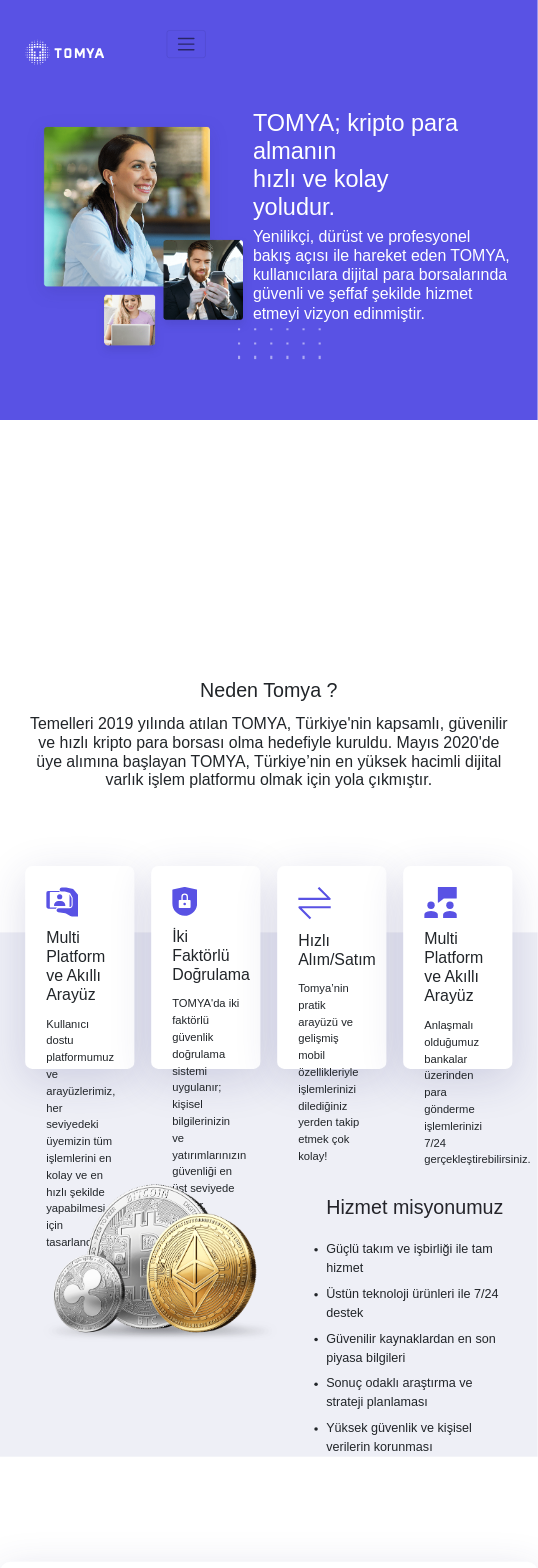
Repository: ezgibayrakli/TomyaProje
Page: index copy.html
These files come from the project's save history. The page is drawn as it stood at one moment and after the next save; the edit follows.
The browser window is 768 px wide. The pictures show the part of the page from y = 0 to 2240 px (the page is 5366 px tall), at 70% of full size.
Some web fonts or font styles are not loaded; a fallback is used.

Above is the page before, as saved 2023-07-06 14:35:30.
Console error: SyntaxError: Unexpected token '{'

### index copy.html
<!DOCTYPE html>
<html lang="en">
<head>
    <meta charset="UTF-8">
    <meta name="viewport" content="width=device-width, initial-scale=1.0">
    <!-- BOOTSTRAP -->
    <link href="https://cdn.jsdelivr.net/npm/bootstrap@5.1.3/dist/css/bootstrap.min.css" rel="stylesheet" integrity="sha384-1BmE4kWBq78iYhFldvKuhfTAU6auU8tT94WrHftjDbrCEXSU1oBoqyl2QvZ6jIW3" crossorigin="anonymous">
    <link rel="stylesheet" href="style.css">
    <title>Hakkımızda-Tomya</title>
</head>
<body>
    <!-- HEADER START -->
    <section id="header">
        <div class="header">
            <div class="container">
                <nav class="navbar navbar-expand-lg navbar-light">
                    <div class="header-logo mt-5">
                        <img src="photo/tomya-logo.svg" alt="">
                    </div>
                    <button class="navbar-toggler" type="button" data-toggle="collapse" data-target="#navbarNavDropdown" aria-controls="navbarNavDropdown" aria-expanded="false" aria-label="Toggle navigation">
                      <span class="navbar-toggler-icon"></span>
                    </button>
                    <span class="newMenu"></span>
                    <div class="collapse navbar-collapse" id="navbarNavDropdown">
                        <ul class="main-menu-header navbar-nav mt-5">
                            <li><a href="#">Kripto Paralar</a></li>
                            <li><a href="#">Market</a></li>
                            <li><a href="#">Komisyonlar</a></li>
                            <li><a href="#">Hakkımızda</a></li>
                            <li><a href="#">Basında Biz</a></li>
                            <li><a href="#">Duyurular</a></li>
                            <li><a href="#">İletişim</a></li>
                            <li><a href="#">Blog</a></li>
                            <li class="enter"><a href="#">Giriş Yap</a></li>
                            <li><a href="#">Üye Ol</a></li>
                        </ul>
                    </div>
                  </nav>
                <div class="header-text">
                    <div class="header-about-img">
                        <span class="icons-header"></span>
                        <img src="photo/aboutus-banner.png" alt="">
                    </div>
                    <div class="header-about-text">
                        <h1>TOMYA; kripto para almanın <br> hızlı ve kolay <br> yoludur.</h1>
                        <h4>Yenilikçi, dürüst ve profesyonel bakış açısı ile hareket eden TOMYA, kullanıcılara dijital para borsalarında güvenli ve şeffaf şekilde hizmet etmeyi vizyon edinmiştir.</h4>
                    </div>

                </div>
                </div>
            </div>
        </div>
    </section>
    <!-- HEADER END -->

    <!-- MAIN MENU START -->
    <section id="mainmenu">
        <div class="main-menu">
            <div class="container">
              <h2 class="text-md-center mt-5">Neden Tomya ?</h2>
              <h4 class="text-md-center mt-3">Temelleri 2019 yılında atılan TOMYA, Türkiye'nin kapsamlı, güvenilir ve hızlı kripto para borsası olma hedefiyle kuruldu. Mayıs 2020'de üye alımına başlayan TOMYA, Türkiye’nin en yüksek hacimli dijital varlık işlem platformu olmak için yola çıkmıştır.</h4>
            <div class="row">
                <div class="col-sm-12 col-md-3">
                    <div class="box">
                        <img src="photo/ic-selfie.svg" alt="">
                        <div class="box-text">
                            <h4 class="mt-3">Multi Platform ve Akıllı Arayüz</h4>
                            <p class="mt-3">Kullanıcı dostu platformumuz ve arayüzlerimiz, her seviyedeki üyemizin tüm işlemlerini en kolay ve en hızlı şekilde yapabilmesi için tasarlandı.</p>
                        </div>
                    </div>
                </div>
                <div class="col-sm-12 col-md-3">
                    <div class="box">
                        <img src="photo/ic-privacy.svg" alt="">
                        <div class="box-text">
                            <h4 class="mt-3">İki Faktörlü Doğrulama</h4>
                            <p class="mt-3">TOMYA'da iki faktörlü güvenlik doğrulama sistemi uygulanır; kişisel bilgilerinizin ve yatırımlarınızın güvenliği en üst seviyede tutulur.</p>
                        </div>
                    </div>
                </div>
                <div class="col-sm-12 col-md-3">
                    <div class="box">
                        <img src="photo/ic-sellbuy.svg" alt="">
                        <div class="box-text">
                            <h4 class="mt-3">Hızlı Alım/Satım</h4>
                            <p class="mt-3">Tomya’nin pratik arayüzü ve gelişmiş mobil özellikleriyle işlemlerinizi dilediğiniz yerden takip etmek çok kolay!</p>
                        </div>
                    </div>
                </div>
                <div class="col-sm-12 col-md-3">
                    <div class="box">
                        <img src="photo/ic-support.svg" alt="">
                        <div class="box-text">
                            <h4 class="mt-3">Multi Platform ve Akıllı Arayüz</h4>
                            <p class="mt-3">Anlaşmalı olduğumuz bankalar üzerinden para gönderme işlemlerinizi 7/24 gerçekleştirebilirsiniz.</p>
                        </div>
                    </div>
                </div>
            </div>
            </div>
        </div>
        <div class="main-menu-two">
            <div class="container">
                <div class="row">
                    <div class="col-sm-12 col-md-6 coins">
                        <img src="photo/aboutus-coins.png" alt="">
                    </div>
                    <div class="col-sm-12 col-md-6 coins-text">
                        <h2 class="mt-3">Hizmet misyonumuz</h2>
                        <ul class="coins-text-ul">
                            <li>Güçlü takım ve işbirliği ile tam hizmet</li>
                            <li>Üstün teknoloji ürünleri ile 7/24 destek</li>
                            <li>Güvenilir kaynaklardan en son piyasa bilgileri</li>
                            <li>Sonuç odaklı araştırma ve strateji planlaması</li>
                            <li>Yüksek güvenlik ve kişisel verilerin korunması</li>
                        </ul>
                    </div>

                </div>
            </div>
        </div>
        <div class="main-menu-three">
            <div class="container">
                <h2 >İş Ortaklarımız</h2>
                <div class="row">
                        <div class="col-sm-12 col-md-6 bctr-img">
                            <img src="photo/BCTR-logo.png" alt="">
                        </div>
                        <div class="col-sm-12 col-md-6 mt-auto mb-auto ">
                            <p>Tomya Teknoloji A.Ş. olarak kripto ekosisteminde faaliyetlerimize hız kesmeden devam ediyoruz. Türkiye’de sürdürülebilir blockchain ekosistemi oluşturan, bu teknoloji ile yeni dönem iş yapış biçimlerinin önündeki zorlukların giderilmesine yönelik çalışmaları bulunan Blockchain Türkiye Platformu'na platin üye olduk.</p>
                        </div>
                </div>
            </div>
        </div>
        <div class="main-menu-four">
    <div class="container">
        <div class="row">
            <div class="col-sm-6">
                <h2>TOMYA'yı Sosyal Medyada Takip Edin</h2>
                <h3 class="mt-3">Dijital para borsalarındaki diğer yatırımcılarla bağlantı kurmak, promosyonlar hakkında bilgi almak ve yatırım stratejilerini tartışmak için TOMYA'yı sosyal medya üzerinden takip edebilirsiniz.</h3>
                <a href="#" ><img src="photo/followTwitter.svg" alt="" class="mt-5"></a>
            </div>
                <div class="col-sm-6 twitter-img">
                    <img  alt="img_twitter_social" src="photo/img_twitter_social.png">
                </div>
            </div>
    </div>
        </div>
        <div class="main-menu-five">
            <div class="container">
                <div class="box">
                    <div class="row">
                        <div class="col-md-4">
                            <h2>Basın Kiti</h2>
                        </div>
                        <div class="col-md-8">
                            <h3>Markamıza ait logomuzun medya kanallarında ya da farklı mecralarda en doğru şekilde kullanımı için basın materyallerini indirebilirsiniz.</h3>
                        </div>
                    </div>
                    <div class="row" style="height: 200px;margin-top: 45px;">
                        <div class="col-md-2 bg-white" style="margin-right:20px;border-radius: 10px;">
                            <h6 style="margin-top: 150px;text-align: center;">Logo Kullanımı</h6>
                        </div>
                        <div class="col bg-white" style="border-radius: 10px;">
                            <div class="row">
                                <div class="col-md-3">
                                    <h6 style="margin-top: 140px;text-align: center;">Renkli ve <br>
                                        Siyah/Beyaz kullanım</h6>
                                </div>
                                <div class="col-md-3">
                                    <h6 style="margin-top: 140px;text-align: center;">Logo baskı, web ve <br>
                                        HEX renk kodları</h6></div>
                                <div class="col-md-6">
                                <a href="#">
                                    <h6 class="btn-outline" style="margin-top: 140px;text-align: center;">
                                        Basın Kitini İndir
                                    </h6>
                                </a>
                                </div>
                        </div>

                    </div>
                </div>
            </div>
        </div>
    </section>
    <!-- MAIN MENU END -->

    <!-- FOOTER START -->
    <div class="footer">
        <div class="footer-one mt-5">
            <div class="container">
                <div class="wrap d-flex align-items-start flex-lg-row flex-column">
                    <h3>Avantajlı Kripto İşlemleri</h3>
                    <h5 class="w-100 ml-lg-3 mt-lg-0 ">TOMYA, müşterilerine güvenilir ve șeffaf hizmet anlayışının yanında düșük komisyon prensipleri de sunar. TOMYA ile dijital para borsalarındaki alım satım deneyiminizi en üst noktaya çıkarabilirsiniz.</h5>
                    <a href="#" class="btn mr-auto ml-auto  mr-lg-0 mt-lg-0 ">Hesap Oluştur</a>
                </div>
            </div>
        </div>
    <footer class="footer-two footer">
    <div class="container">
        <div class="row">
            <div class="col-md-2 items">
                <h6>Kurumsal</h6>
                <ul>
                    <li><a href="#">Kullanıcı Sözleşmesi</a></li>
                    <li><a href="#">Gizlilik ve Çerez Politikası</a></li>
                    <li><a href="#">Kişisel Verilerin Korunması</a></li>
                    <li><a href="#">Açık Rıza Ve Dijital İletişim İzni Beyanı</a></li>
                    <li><a href="#">Hakkımızda</a></li>
                    <li><a href="#">İletişim</a></li>
                </ul>
            </div>
            <div class="col-md-2 items">
                <h6>Kullanıcılar için</h6>
                <ul>
                    <li><a href="#">Blog</a></li>
                    <li><a href="#">Basında Biz</a></li>
                    <li><a href="#">Sıkça Sorulan Sorular</a></li>
                    <li><a href="#">Kripto Hesaplayıcı</a></li>
                    <li><a href="#">Kripto Sözlük</a></li>
                    <li><a href="#">Duyurular</a></li>
                    <li><a href="#">Limitler</a></li>
                    <li><a href="#">Para Yatırma ve Çekme Platformları</a></li>
                    <li><a href="#">Kara Para Aklamayı Önleme Politikası</a></li>
                    <li><a href="#">Müşterini Tanı (KYC) Politikası</a></li>

                </ul>
            </div>
            <div class="col-md-2 items">
                <h6>Kripto paralar</h6>
            <ul >
                    <li><a href="#">Bitcoin</a></li>
                    <li><a href="#">Ethereum</a></li>
                    <li><a  href="#">Ripple</a></li>
                    <li> <a  href="#">Litecoin</a></li>
                    <li><a  href="#">Tether</a></li>
                    <li> <a  href="#">Chainlink</a></li>
                    <li> <a  href="#">Polkadot</a></li>
                    <li> <a  href="#">Avalanche</a></li>
                    <li><a  href="#">Binance Coin</a></li>
                    <li>  <a  href="#">Pancakeswap</a></li>
                    <li> <a  href="#">Solana</a></li>
                    <li><a  href="#">NEAR Protocol</a></li>
                    <li> <a  href="#">ApeCoin</a></li>
                    <li><a  href="#">Uniswap</a></li>
                    <li><a  href="#">Fantom</a></li>
                    <li><a  href="#">Curve DAO</a></li>
                    <li> <a  href="#">Ethereum Classic</a></li>
            </ul>
            </div>
            <div class="col-md-2 items mt-4">
            <ul>
                <li><a href="#">Dogecoin</a></li>
                <li> <a href="#">Cardano</a></li>
                <li><a href="#">NEO</a></li>
                <li>  <a href="#">Chiliz</a></li>
                <li><a href="#">Holochain</a></li>
                <li> <a href="#">BitTorrent Chain</a></li>
                <li><a href="#">Decentraland</a></li>
                <li><a href="#">The Sandbox</a></li>
                <li> <a href="#">Shiba Inu</a></li>
                <li><a href="#">Polygon</a></li>
                <li> <a href="#">PAX Gold</a></li>
                <li> <a href="#">Cosmos</a></li>
                <li><a href="#">Enjin Coin</a></li>
                <li> <a href="#">VeChain</a></li>
                <li><a href="#">THORChain </a></li>
                <li> <a href="#">Oasis Network</a></li>

            </ul>
            </div>
            <div class="col-md-2 items">
                <h6>Rehber</h6>
                <ul>
                <li>  <a href="#">Bitcoin al</a></li>
                <li><a href="#">Ethereum al</a></li>
                <li> <a href="#">Ripple al</a></li>
                <li><a href="#">Litecoin al</a></li>
                <li> <a href="#">Tether al</a></li>
                <li> <a href="#">Chainlink al</a></li>
                <li><a href="#">Polkadot al</a></li>
                <li><a href="#">Avalanche al</a></li>
                <li> <a href="#">Binance Coin al</a></li>
                <li> <a href="#">Pancakeswap al</a></li>
                <li><a href="#">Solana al</a></li>
                <li><a href="#">NEAR Protocol al</a></li>
                <li><a href="#">ApeCoin al</a></li>
                <li> <a href="#">Uniswap al</a></li>
                <li>  <a href="#">Fantom al</a></li>
                <li><a href="#">Curve DAO al</a></li>
                <li><a href="#">Ethereum Classic al</a></li>

            </ul>
            </div>
            <div class="col-md-2 items mt-4">
            <ul>
                <li>   <a href="#">Dogecoin al</a></li>
                <li> <a href="#">Cardano al</a></li>
                <li><a href="#">NEO al</a></li>
                <li><a href="#">Chiliz al</a></li>
                <li><a href="#">Holochain al</a></li>
                <li> <a href="#">BitTorrent Chain al</a></li>
                <li> <a href="#">Decentraland al</a></li>
                <li><a href="#">The Sandbox al</a></li>
                <li><a href="#">Shiba Inu al</a></li>
                <li><a href="#">Polygon al</a></li>
                <li><a href="#">PAX Gold al</a></li>
                <li> <a href="#">Cosmos al</a></li>
                <li> <a href="#">Enjin Coin al</a></li>
                <li><a href="#">VeChain al</a></li>
                <li><a href="#">THORChain al</a></li>
                <li><a href="#">Oasis Network al</a></li>

            </ul>
            </div>
        </div>
        <hr class="mt-5" style="color: gray;">
      <div class=" pt-5 d-flex justify-content-lg-between flex-lg-row flex-column align-items-lg-center">
            <div>
            <h6 >TOMYA TEKNOLOJİ A.Ş. <br>Maslak Mah. Saat Sok. Spine Tower No: 5/10, <br>Sarıyer / İstanbul </h6>
            <br><h6 >Tel: 0(212) 807 10 71(72-73)</h6>
        </div>
        <div>
        <div class="social d-flex justify-content-lg-end mt-lg-0 mt-5">
            <a class="mr-4" href="https://www.facebook.com/tomya.com" target="_blank"><img  alt="facebook-ikon" src="photo/ic-fb.svg"></a>
            <a class="mr-4" href="https://twitter.com/tomyacom" target="_blank"><img  alt="twitter-ikon" src="photo/ic-tw.svg"></a>
            <a class="mr-4" href="https://www.instagram.com/tomyacom/" target="_blank"><img alt="instagram-ikon" src="photo/ic-ins.svg"></a>
            <a class="mr-4" href="https://t.me/tomyacom" target="_blank"><img alt="telegram-ikon" src="photo/ic-telegram.svg"></a>
            <a class="mr-4" href="https://www.youtube.com/channel/UCSOpFT_5xJLvf6yfXIyxDlQ" target="_blank"><img alt="yt-ikon" src="photo/ic-yt-logo.svg"></a>
        </div>
        </div>
       </div>
       <div class="row">
        <h6 class="mt-5 mb-5 tomya-end">Tüm Hakları Saklıdır. © 2021 - TOMYA <br> TOMYA TEKNOLOJİ A.Ş. <br> Mersis No: 0850062440300001</h6>
       </div>
    </div>
       </footer>

    </div>
    <!-- FOOTER END -->
    <script>
        let tikla = document.querySelector("#navbarNavDropdown")
        tikla.addEventListener("click",function{

        })
    </script>
    <script src="tomya.js"></script>
    <script src="https://cdn.jsdelivr.net/npm/bootstrap@5.1.3/dist/js/bootstrap.bundle.min.js" integrity="sha384-ka7Sk0Gln4gmtz2MlQnikT1wXgYsOg+OMhuP+IlRH9sENBO0LRn5q+8nbTov4+1p" crossorigin="anonymous"></script>
    <!-- SAYFAMIZIN NETWORK KISMINDAN UYGULANIP UYGULANMADIGINI GORURUZ -->
</body>
</html>

### style.css
/* FONTS */
  @import url('https://fonts.googleapis.com/css2?family=Barlow+Condensed&family=Edu+NSW+ACT+Foundation&family=Fira+Sans&family=Quicksand:wght@300&family=Rajdhani:wght@300&family=Tinos:ital@1&display=swap');
  @import url('assets/fonts/GraphikRegular.ttf');
  @import url('assets/fonts/GraphikMedium.ttf');

/* TUM SITELER ICIN KULLANILAN SIFIRLAMA KODLAR */
*,
*::before,
*::after,
body{
    padding: 0;
    margin: 0;
    box-sizing: border-box;
    border: 0;
    font-family:Sans-Serif;

}

a,
a:link,
a:visited{
    text-decoration: none;
    outline: none;
    border: none;
}

ul,
li {
    list-style: none;
    margin: 0;
    padding: 0;
}

section,
span,
p {
    margin: 0;
    padding:0;
    outline: none;
    border: none;
}

/* HEADER */
.header{
    background-color: #5952e4;
    max-width: 100%;
    height: 75vh;
}
.header-navbar{
    display: flex;
    /* align-items: center; */
    justify-content: space-between;
    padding-top: 50px;
}
    .menu-items ul{
        align-items: center;
        justify-content: flex-end;
    }
    .main-menu-header{
        display: flex;
        margin-left:auto;
    }
    .main-menu-header li > a {
        color: white;
        font-size: 14px;
        padding-left: 25px;
    }
    .enter{
        border: 1px solid;
        color:#fff;
        border-radius: 25px;
        padding-right: 20px;
        margin-left: 25px;
    }

/* HEADER TEXT */
.header-text{
    color: #fff;
    display: flex;
    align-items: center;
    justify-content:center;

}
.header-about-img img{
    width: 100%;
    height: 100%;
    margin:35px 0 35px 0;
}
.header-about-text{
    margin-bottom: 50px;
    position: relative;
}
.header-about-text::after{
    content: "";
    background: url(dots.svg);
    position: absolute;
    width: 120px;
    height: 44px;
    opacity: 0.5;
    left: -21px;

}
.icons-header{
    width: 1133px;
    height: 765px;
}


/* Main-Menu */
.main-menu{
    margin-top: 370px;
}
.box{
    background: #fff;
    margin-top: 100px;
    height: 290px;
    border-radius: 10px;
    padding: 30px;
    box-shadow:  0 15px 60px 0 rgba(50,46,127,.17);
}
.main-menu-two{
    background: #eeeff6;
    margin-top: -195px;
    padding-top: 360px;
}

/* Main-Menu-Two */
.coins img {
    margin-left: 25px;

    max-width: 100%;
    margin-bottom: -60px;
}
.coins-text h2{
    color: #24242a;
    padding-left: 70px;
}
.coins-text-ul{
    margin-top: 20px;
    padding-left: 70px;
}
.coins-text-ul li{
    list-style:disc;
    padding-top: 10px;
    font-size: 18px;

}

/* REFERANSLAR (Main-Menu-Three) */
.main-menu-three h2{
    text-align: center;
}
.main-menu-three .container{
    max-width: 1200px;
    margin-top: 150px;
    background: #fff;
    box-shadow: 0 15px 60px 0 rgba(50,46,127,.17);
    border-radius: 15px;
    padding: 30px;
}
.bctr-img img{
    display: block;
    margin-left: auto;
    margin-right: auto;
    width: 50%;
}


/* Main-Menu-Four */
.main-menu-four{
    padding-top: 215px;

}
.main-menu-four .container{
    max-width: 1200px;

}
.main-menu-four .container h4{
    padding:15px 0 25px 0;
}
.container .twitter-img img{
    width: 100%;
    display: block;
    margin-left: auto;
    margin-right: auto;

}
.btn-outline{
  background-color: #fff;
  border-radius: 25px;
  color: #5952e4;
  border: 1px solid #5952e4;
  text-align: center;
}

/* Main-Menu-Five */

.main-menu-five .container{
    padding-top: 120px;

}
.main-menu-five .container .box{
    background: #eeeff6;
    border-radius: 10px;
    padding: 100px 150px 120px;
    height: 500px;
    position: relative;
}
.row.kit{
    margin-top: 70px;
    position: absolute;
    margin:50px 200px;
}
.kit-left{
    background-color: #fff;
    margin-right: 15px;
    height: 200px;
    border-radius: 10px;
    padding: 13px 50px;
    font-size: 10px;

}
.kit-right{
    background-color: #fff;
    border-radius: 10px;
    height: 200px;
    padding: 13px 50px;

}
.kit-right h6{
padding: 20px;
}

/* FOOTER */
.footer{
    margin-top: 2.5rem;
    background-color:#131416;
}
.footer-one{

    position: relative;
    z-index: 2;
    background-color: #131416;
}
.footer-one .container {
    background: #eeeff6;
    border-radius: 15px;
    padding: 50px;
}
.btn{
    color: #fff;
    background-color: #5952e4;
    border-color: #5952e4;
    min-width: 190px;
    border-radius: 35px;
    line-height: 30px;
}
.btn:hover{
    color: #fff;
}
.footer-two h6{
    color: #fff;

}
div.items ul > li{
    padding-top: 10px;
}
div.items ul > li > a {
    color:rgba(238,239,246,.5);
    padding-top: 15px;
}
.social > a{
    padding-right: 17px;
    transition: .4s;
}
.tomya-end  {
    color: rgba(238,239,246,.5) !important;
    font-size: 12px;
    line-height: 18px;
}
.newMenu{
    display: none;
}

/* Media Screan */
@media screen and (max-width:990px ){
    .header-logo img{
       margin-bottom: 25px;
    }
    /* tıklandıgızaman acılacak */
    .newMenu{
        display: block;
        width: 350px;
    }
}
@media screen and (max-width:1245px ){

}
@media screen and (max-width:1250px ){

}

Loaded but not shown: tomya.js (no copy from this time; the picture is the same without it)

After the next save:
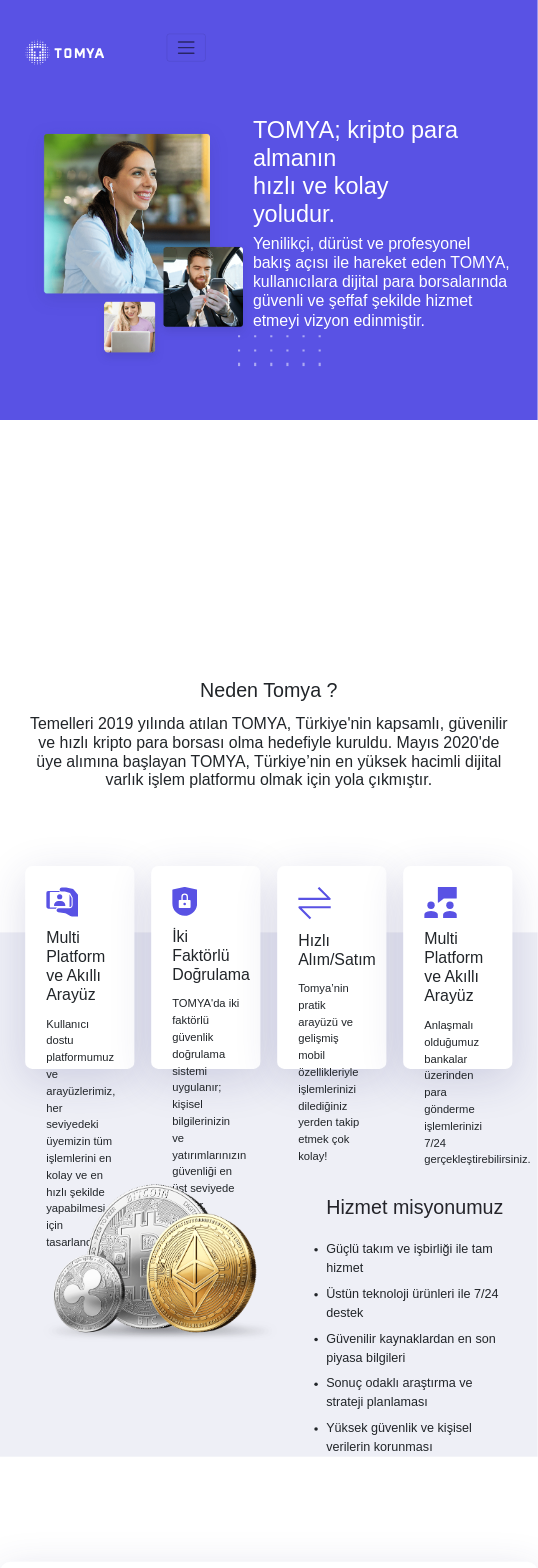
Saved 9 s later.
--- a/style.css
+++ b/style.css
@@ -285,7 +285,7 @@
 /* Media Screan */
 @media screen and (max-width:990px ){
     .header-logo img{
-       margin-bottom: 25px;
+       margin-bottom: 35px;
     }
     /* tıklandıgızaman acılacak */
     .newMenu{
